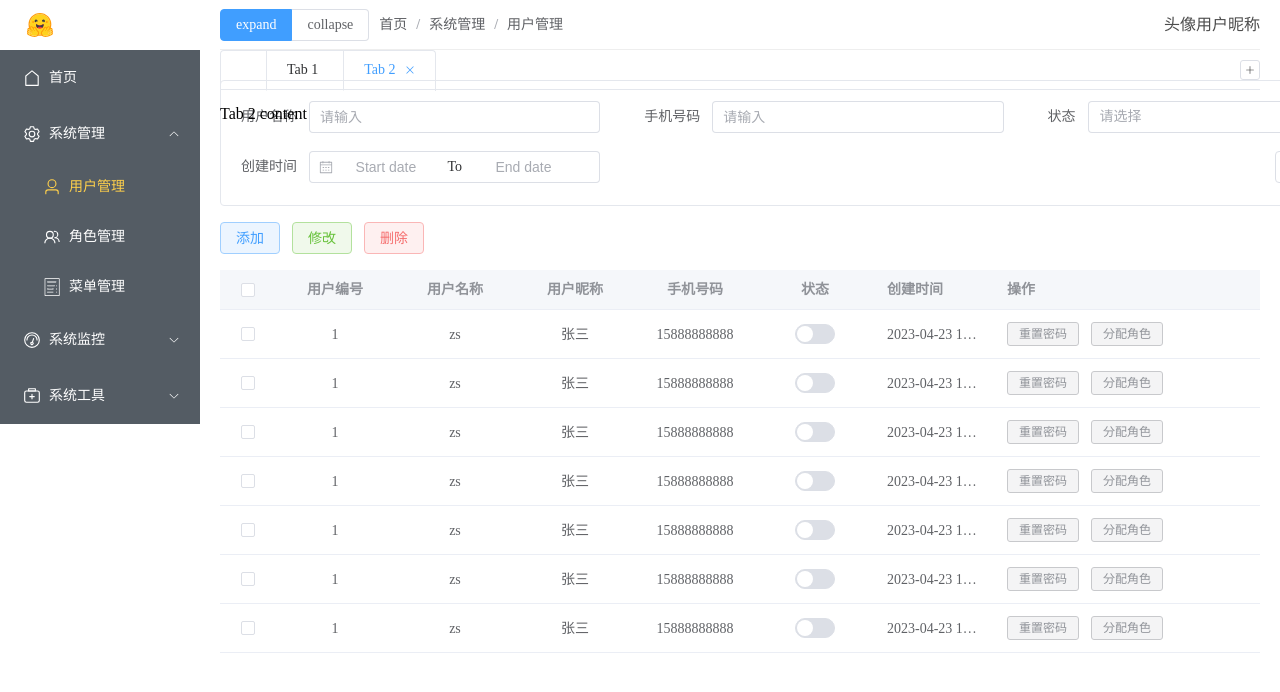
Repository: 202100202078/SignInBox
Page: /admin/system/user
An editor plug-in stored every save of this project. The page is shown before and after the next save, followed by the edit.
The browser window is 1280 px wide. The pictures show the whole page.
The project was rebuilt for these pictures with package versions that can differ from the ones it lists, and the page was loaded fresh each time. Also part of the build but not shown: vite.config.js, src/components/PageFooter.vue, src/components/TableLayout.vue, src/components/ToolTip.vue, src/assets/fonts/iconfont/iconfont.js, src/assets/style/variables.module.scss.

Above is the page before, as saved 2024-01-29 18:34:05.

### src/main.js
import { createApp } from 'vue'
import '@/assets/style/base.scss'
import pinia from '@/stores/index'
import App from './App.vue'
import router from './router'
import ElementPlus from 'element-plus'
import 'element-plus/dist/index.css'
import '@/assets/fonts/iconfont/iconfont.css'
import '@/assets/fonts/iconfont/iconfont.js'
import * as ElementPlusIconsVue from '@element-plus/icons-vue'

const app = createApp(App)
for (const [key, component] of Object.entries(ElementPlusIconsVue)) {
  app.component(key, component)
}
app.use(ElementPlus)
app.use(pinia)
app.use(router)

app.mount('#app')

### src/components/FilterLayout.vue
<script setup>
defineProps({
  label1: String,
  label2: String,
  defaultShow1: {
    type: Boolean,
    default: true
  },
  defaultShow2: {
    type: Boolean,
    default: true
  },
  isShow: Boolean,
  showCollapse: Boolean
})
const emit = defineEmits(['reset', 'query', 'trigger'])
//暴露重置方法和查询方法以及展开
const reset = () => {
  //获取form对象重置数据即可
  //通知父级reset数据
  emit('reset')
}
const query = () => {
  //通知父级进行筛选数据
  emit('query')
}
const trigger = () => {
  //通知父级进行表单的展示/隐藏
  emit('trigger')
}
// defineExpose({
//   reset,
//   query,
//   trigger
// })
</script>

<template>
  <div class="filter-card">
    <el-card shadow="never" :body-style="{ 'padding-bottom': '4px' }">
      <el-form :inline="true">
        <el-form-item :label="label1" v-if="defaultShow1">
          <el-input placeholder="请输入"></el-input>
        </el-form-item>
        <el-form-item :label="label2" v-if="defaultShow2">
          <el-input placeholder="请输入"></el-input>
        </el-form-item>
        <slot></slot>
        <el-form-item class="btns">
          <el-button @click="reset">重置</el-button>
          <el-button type="primary" @click="query">查询</el-button>
          <span class="trigger" @click="trigger" v-if="showCollapse"
            >展开
            <span
              :class="{
                iconfont: true,
                'icon-xiala': !isShow,
                'icon-shouqi': isShow
              }"
            ></span
          ></span>
        </el-form-item>
      </el-form>
    </el-card>
  </div>
</template>

<style lang="scss" scoped>
.filter-card {
  margin-bottom: 16px;
  width: 1240px;
  .el-form {
    display: flex;
    justify-content: space-between;
    align-items: center;
    flex-wrap: wrap;
    .el-form-item {
      width: 30%;
      .el-select {
        width: 100%;
      }
    }
    .btns {
      :deep .el-form-item__content {
        display: flex;
        justify-content: flex-end;
        .trigger {
          margin-left: 12px;
          color: #409eff;
          cursor: pointer;
          transition: all 0.3s;
          &:hover {
            color: #79bbff;
          }
        }
      }
    }
  }
}
</style>

### src/assets/style/base.scss
* {
  margin: 0px;
  padding: 0px;
  box-sizing: border-box;
}

.icon {
  width: 1em;
  height: 1em;
  vertical-align: -0.15em;
  fill: currentColor;
  overflow: hidden;
}

.el-menu {
  border:0!important;
}

ul {
  list-style:none;
}

li {
  list-style-type:none;
}

a {
	text-decoration: none; /* 去除默认的下划线 */
	outline: none;	/* 去除旧版浏览器的点击后的外虚线框 */
	color: #000;	/* 去除默认的颜色和点击后变化的颜色 */
}

// 阿里字体图标设置
.icon, .iconfont {
  font-family:"iconfont" !important;
  font-size:16px;
  font-style:normal;
  -webkit-font-smoothing: antialiased;
  -webkit-text-stroke-width: 0.2px;
  -moz-osx-font-smoothing: grayscale;
}

### src/stores/index.js
//将pinia相关代码整合至此
import { createPinia } from 'pinia'
import persist from 'pinia-plugin-persistedstate'

const pinia = createPinia()
pinia.use(persist)

export default pinia

export * from './modules/user'

### src/assets/fonts/iconfont/iconfont.css
@font-face {
  font-family: "iconfont"; /* Project id 4345534 */
  src: url('iconfont.woff2?t=1703642635456') format('woff2'),
       url('iconfont.woff?t=1703642635456') format('woff'),
       url('iconfont.ttf?t=1703642635456') format('truetype');
}

.iconfont {
  font-family: "iconfont" !important;
  font-size: 16px;
  font-style: normal;
  -webkit-font-smoothing: antialiased;
  -moz-osx-font-smoothing: grayscale;
}

.icon-yunyingbaobiao:before {
  content: "\e620";
}

.icon-jiekou1:before {
  content: "\e694";
}

.icon-jiaoseguanli:before {
  content: "\e618";
}

.icon-dingshirenwu:before {
  content: "\e651";
}

.icon-daimashengcheng:before {
  content: "\e636";
}

.icon-a-Icon-line-hamburger-right1x:before {
  content: "\e84c";
}

.icon-a-Icon-line-hamburger-left1x:before {
  content: "\e84d";
}

.icon-a-shujujiankong2:before {
  content: "\e628";
}

.icon-a-zaixianyonghu2:before {
  content: "\e629";
}

.icon-shouqi:before {
  content: "\e6b8";
}

.icon-xiala:before {
  content: "\e6b9";
}

.icon-gantanhao-quan:before {
  content: "\e70f";
}

.icon-yuandianxiao:before {
  content: "\e757";
}

.icon-duihao:before {
  content: "\eaf1";
}

.icon-fuzhi:before {
  content: "\ec7a";
}

.icon-shuaxin:before {
  content: "\e8b9";
}

.icon-shezhi:before {
  content: "\e642";
}

.icon-midutu:before {
  content: "\e749";
}

.icon-wodedingdan:before {
  content: "\e655";
}

.icon-admin-manage:before {
  content: "\e60e";
}

.icon-xiaolian:before {
  content: "\e8ab";
}

.icon-chongzhi:before {
  content: "\e60b";
}

.icon-jiekou:before {
  content: "\e607";
}

.icon-4_square_solid:before {
  content: "\e64d";
}

.icon-1_square_solid:before {
  content: "\e64e";
}

.icon-5_square_solid:before {
  content: "\e64c";
}

.icon-3_square_solid:before {
  content: "\e64f";
}

.icon-2_square_solid:before {
  content: "\e650";
}

### src/stores/modules/user.js
import { defineStore } from 'pinia'
import { ref } from 'vue'

export const useUserStore = defineStore(
  'interface-user',
  () => {
    //用户标识
    const token = ref('1234')
    const setToken = (t) => {
      token.value = t
    }
    return {
      token,
      setToken
    }
  },
  {
    persist: true,
    key: 'interface-token',
    paths: ['token']
  }
)

### src/views/admin/layout/SystemPage.vue
<script setup>
import variables from '@/assets/style/variables.module.scss'
import { ref } from 'vue'
import { useRouter, useRoute } from 'vue-router'
import { onMounted } from 'vue'
import { useUserStore } from '@/stores/modules/user.js'
const userStore = useUserStore()
const route = useRoute()
const router = useRouter()
const isCollapse = ref(false)

const activeIndex = ref('')
// const activeMenu = ref([])

const handleAvatarCommand = async (command) => {
  //如果是退出登录需要清除本地用户信息
  // console.log('清除本地用户信息')
  if (command === '/login') {
    await ElMessageBox.confirm('你确认退出登录吗？', '温馨提示', {
      type: 'warning',
      confirmButtonText: '确认',
      cancelButtonText: '取消'
    })
    userStore.setToken('')
    // userStore.setUser({})
    // router.push(`/login`)
  } else {
    // router.push(`/user/${command}`)
  }
  router.push(command)
}

// Tab标签相关
let tabIndex = 2
const editableTabsValue = ref('2')
const editableTabs = ref([
  {
    title: 'Tab 1',
    name: '1',
    content: 'Tab 1 content'
  },
  {
    title: 'Tab 2',
    name: '2',
    content: 'Tab 2 content'
  }
])

const handleTabsEdit = (targetName, action) => {
  if (action === 'add') {
    const newTabName = `${++tabIndex}`
    editableTabs.value.push({
      title: 'New Tab',
      name: newTabName,
      content: 'New Tab content'
    })
    editableTabsValue.value = newTabName
  } else if (action === 'remove') {
    const tabs = editableTabs.value
    let activeName = editableTabsValue.value
    if (activeName === targetName) {
      tabs.forEach((tab, index) => {
        if (tab.name === targetName) {
          const nextTab = tabs[index + 1] || tabs[index - 1]
          if (nextTab) {
            activeName = nextTab.name
          }
        }
      })
    }

    editableTabsValue.value = activeName
    editableTabs.value = tabs.filter((tab) => tab.name !== targetName)
  }
}

onMounted(() => {
  // 页面刷新使得侧边栏为当前激活路由
  activeIndex.value = route.path
})
</script>

<template>
  <div class="system-layout">
    <el-container style="height: 100%">
      <el-aside
        width="200px"
        :style="{ width: isCollapse ? '64px' : '200px' }"
        class="el-aside"
      >
        <div
          :style="{
            backgroundColor: variables.menuBackground
          }"
          class="system-layout-aside"
        >
          <div
            class="logo-show"
            :style="{
              'padding-top': isCollapse ? '16px' : '0',
              transition: '1.5s'
            }"
          >
            <a @click="$router.replace('/system')">
              <img src="@/assets/avg/logo.svg" alt="logo" class="logo" />
              <h1
                class="title"
                :style="{
                  opacity: isCollapse ? 0 : 1,
                  transition: '0.5s',
                  color: isCollapse ? '#545c64' : '#fff'
                }"
              >
                API-BOX管理系统
              </h1>
            </a>
          </div>
          <el-menu
            active-text-color="#ffd04b"
            background-color="#545c64"
            class="el-menu-vertical-demo"
            :default-active="activeIndex"
            text-color="#fff"
            @open="handleOpen"
            @close="handleClose"
            :collapse="isCollapse"
            :unique-opened="true"
            router
          >
            <el-menu-item index="/admin/index">
              <el-icon><House /></el-icon>
              <span>首页</span>
            </el-menu-item>
            <el-sub-menu index="2">
              <template #title>
                <el-icon><Setting /></el-icon>
                <span>系统管理</span>
              </template>
              <el-menu-item index="/admin/system/user">
                <el-icon><User /></el-icon>
                <span>用户管理</span>
              </el-menu-item>
              <el-menu-item index="/admin/system/role">
                <svg class="icon" aria-hidden="true">
                  <use xlink:href="#icon-jiaoseguanli"></use>
                </svg>
                <span>角色管理</span>
              </el-menu-item>
              <el-menu-item index="/admin/system/menu">
                <svg class="icon" aria-hidden="true">
                  <use xlink:href="#icon-yunyingbaobiao"></use>
                </svg>
                <span>菜单管理</span>
              </el-menu-item>
            </el-sub-menu>
            <el-sub-menu index="3">
              <template #title>
                <el-icon><Odometer /></el-icon>
                <span>系统监控</span>
              </template>
              <el-menu-item index="3-1">
                <svg class="icon" aria-hidden="true">
                  <use xlink:href="#icon-a-zaixianyonghu2"></use>
                </svg>
                <span>在线用户</span>
              </el-menu-item>
              <el-menu-item index="3-2">
                <svg class="icon" aria-hidden="true">
                  <use xlink:href="#icon-dingshirenwu"></use>
                </svg>
                <span>定时任务</span>
              </el-menu-item>
              <el-menu-item index="3-3">
                <svg class="icon" aria-hidden="true">
                  <use xlink:href="#icon-a-shujujiankong2"></use>
                </svg>
                <span>数据监控</span>
              </el-menu-item>
            </el-sub-menu>
            <el-sub-menu index="4">
              <template #title>
                <el-icon><FirstAidKit /></el-icon>
                <span>系统工具</span>
              </template>
              <el-menu-item index="4-1">
                <svg class="icon" aria-hidden="true">
                  <use xlink:href="#icon-yunyingbaobiao"></use>
                </svg>
                <span>表单构建</span>
              </el-menu-item>
              <!-- <el-menu-item index="4-2">
                <svg class="icon" aria-hidden="true">
                  <use xlink:href="#icon-daimashengcheng"></use>
                </svg>
                <span>代码生成</span>
              </el-menu-item> -->
              <el-menu-item index="4-3">
                <svg class="icon" aria-hidden="true">
                  <use xlink:href="#icon-jiekou1"></use>
                </svg>
                <span>系统接口</span>
              </el-menu-item>
            </el-sub-menu>
          </el-menu>
        </div>
      </el-aside>
      <el-container>
        <el-header>
          <div class="header-top">
            <div class="header-top-left">
              <el-radio-group v-model="isCollapse" class="collapseBtns">
                <el-radio-button :label="false">expand</el-radio-button>
                <el-radio-button :label="true">collapse</el-radio-button>
              </el-radio-group>
              <el-breadcrumb separator="/">
                <el-breadcrumb-item
                  v-for="(item, index) in $route.meta.breadInfo"
                  :key="index"
                  >{{ item }}</el-breadcrumb-item
                >
              </el-breadcrumb>
            </div>
            <div class="header-top-right">
              <el-dropdown @command="handleAvatarCommand">
                <span class="el-dropdown-link">
                  <span>头像</span>
                  <span>用户昵称</span>
                </span>
                <template #dropdown>
                  <el-dropdown-menu>
                    <el-dropdown-item command="/home/user"
                      >个人中心</el-dropdown-item
                    >
                    <el-dropdown-item command="/login"
                      >退出登录</el-dropdown-item
                    >
                  </el-dropdown-menu>
                </template>
              </el-dropdown>
            </div>
          </div>
          <div class="header-bottom">
            <el-tabs
              v-model="editableTabsValue"
              type="card"
              editable
              class="my-tabs"
              @edit="handleTabsEdit"
            >
              <el-tab-pane> 首页 </el-tab-pane>
              <el-tab-pane
                v-for="item in editableTabs"
                :key="item.name"
                :label="item.title"
                :name="item.name"
              >
                {{ item.content }}
              </el-tab-pane>
            </el-tabs>
          </div>
        </el-header>
        <el-main>
          <router-view></router-view>
        </el-main>
      </el-container>
    </el-container>
  </div>
</template>

<style lang="scss" scoped>
.system-layout {
  height: 100vh;
  .el-aside {
    transition: all 0.5s;
  }
  .system-layout-aside {
    height: 100%;
    .logo-show {
      height: 50px;
      text-align: center;
      cursor: pointer;
      .logo {
        margin-right: 4px;
        width: 28px;
        vertical-align: middle;
      }
      .title {
        display: inline-block;
        font-size: 14px;
        line-height: 50px;
        font-weight: 600;
        vertical-align: middle;
        color: #fff;
      }
    }
  }

  .header-top {
    height: 50px;
    display: flex;
    justify-content: space-between;
    align-items: center;
    border-bottom: 1px solid #eee;
    .header-top-left {
      display: flex;
      align-items: center;
      .collapseBtns {
        margin-right: 10px;
      }
    }
    .header-top-right {
      margin-left: 6px;
      display: flex;
      align-items: center;
      font-size: 16px;
      border-radius: 6px;
      height: 56px;
      line-height: 56px;
      &:hover {
        background-color: rgba(0, 0, 0, 0.1);
        color: rgba(0, 0, 0, 1);
        transition: color 0.3s;
      }
      .el-dropdown {
        :deep(:focus-visible) {
          outline: none;
        }
        .el-dropdown-link {
          cursor: pointer;
          color: rgba(0, 0, 0, 0.7);
          font-size: 16px;
          display: flex;
          align-items: center;
        }
      }
    }
  }
}
.icon {
  vertical-align: middle;
  margin-right: 5px;
  width: 24px;
  text-align: center;
  font-size: 18px;
  color: #fff;
}
</style>

### src/views/admin/system/UserManagement.vue
<script setup>
import MyDialog from './components/MyDialog.vue'
import { ref } from 'vue'

//筛选表单的显示隐藏
const isShow = ref(true)
// const params = ref({})
// 一个响应式对象存储整个筛选表单的数据(默认显示的两个item需要父子双向绑定)

const datePicker = ref('')

const status = ref('')
const statusOptions = [
  {
    value: 'Option1',
    label: '正常'
  },
  {
    value: 'Option2',
    label: '停用'
  }
]

const handleReset = () => {
  console.log('reset')
}
const handleQuery = () => {
  console.log('query')
}
const handleTrigger = () => {
  // console.log('trigger')
  isShow.value = !isShow.value
}

const tableData = [
  {
    userId: 1,
    uname: 'zs',
    nickName: '张三',
    phone: '15888888888',
    state: false,
    createDate: '2023-04-23 16:11:38'
  },
  {
    userId: 1,
    uname: 'zs',
    nickName: '张三',
    phone: '15888888888',
    state: false,
    createDate: '2023-04-23 16:11:38'
  },
  {
    userId: 1,
    uname: 'zs',
    nickName: '张三',
    phone: '15888888888',
    state: false,
    createDate: '2023-04-23 16:11:38'
  },
  {
    userId: 1,
    uname: 'zs',
    nickName: '张三',
    phone: '15888888888',
    state: false,
    createDate: '2023-04-23 16:11:38'
  },
  {
    userId: 1,
    uname: 'zs',
    nickName: '张三',
    phone: '15888888888',
    state: false,
    createDate: '2023-04-23 16:11:38'
  },
  {
    userId: 1,
    uname: 'zs',
    nickName: '张三',
    phone: '15888888888',
    state: false,
    createDate: '2023-04-23 16:11:38'
  },
  {
    userId: 1,
    uname: 'zs',
    nickName: '张三',
    phone: '15888888888',
    state: false,
    createDate: '2023-04-23 16:11:38'
  }
]

const multipleTableRef = ref()
const multipleSelection = ref([])

const handleSelectionChange = (val) => {
  multipleSelection.value = val
}

const myDialogRef = ref()
const title = ref('添加用户')

const addUserFn = () => {
  title.value = '添加用户'
  myDialogRef.value.open()
}
const editUserFn = () => {
  title.value = '修改用户'
  myDialogRef.value.open()
}
const delUserFn = () => {
  title.value = '系统提示'
  myDialogRef.value.open()
}

const form = ref({
  nickName: '',
  phone: '',
  email: '',
  uname: '',
  password: false,
  role: '',
  gender: '',
  status: '',
  desc: ''
})

const rules = {}
</script>

<template>
  <MyDialog :title="title" ref="myDialogRef">
    <template #form>
      <el-form
        :model="form"
        label-width="80px"
        label-position="left"
        :rules="rules"
      >
        <el-form-item label="用户昵称">
          <el-input v-model="form.nickName" />
        </el-form-item>
        <el-form-item label="手机号码">
          <el-input v-model="form.phone" />
        </el-form-item>
        <el-form-item label="邮箱">
          <el-input v-model="form.email" />
        </el-form-item>
        <el-form-item label="用户名称">
          <el-input v-model="form.uname" />
        </el-form-item>
        <el-form-item label="用户密码">
          <el-input v-model="form.password" type="password" />
        </el-form-item>
        <el-form-item label="用户性别">
          <el-select v-model="form.gender" placeholder="请选择性别">
            <el-option label="男" value="1" />
            <el-option label="女" value="2" />
            <el-option label="未知" value="3" />
          </el-select>
        </el-form-item>
        <el-form-item label="角色">
          <el-select v-model="form.role" placeholder="请选择角色">
            <el-option label="普通角色" value="normal" />
          </el-select>
        </el-form-item>
        <el-form-item label="状态">
          <el-radio-group v-model="form.status">
            <el-radio label="正常" />
            <el-radio label="停用" />
          </el-radio-group>
        </el-form-item>
        <el-form-item label="备注">
          <el-input
            v-model="form.desc"
            type="textarea"
            placeholder="请输入内容"
          />
        </el-form-item>
      </el-form>
    </template>
  </MyDialog>
  <!-- <button @click="test">按钮</button> -->
  <div class="user-managemant-page">
    <FilterLayout
      label1="用户名称"
      label2="手机号码"
      :isShow="isShow"
      :showCollapse="false"
      @reset="handleReset"
      @query="handleQuery"
      @trigger="handleTrigger"
    >
      <el-form-item label="状态" v-show="isShow">
        <el-select v-model="status" placeholder="请选择">
          <el-option
            v-for="item in statusOptions"
            :key="item.value"
            :label="item.label"
            :value="item.value"
          />
        </el-select>
      </el-form-item>
      <el-form-item label="创建时间" v-show="isShow">
        <el-date-picker
          v-model="datePicker"
          type="daterange"
          range-separator="To"
          start-placeholder="Start date"
          end-placeholder="End date"
          value-format="YYYY-MM-DD HH:mm:ss"
        />
      </el-form-item>
    </FilterLayout>
    <div class="user-managemant-page-btns">
      <el-button plain type="primary" @click="addUserFn">添加</el-button>
      <el-button plain type="success" @click="editUserFn">修改</el-button>
      <el-button plain type="danger" @click="delUserFn">删除</el-button>
    </div>
    <el-table
      :ref="multipleTableRef"
      :data="tableData"
      style="width: 100%"
      @selection-change="handleSelectionChange"
      :header-cell-style="{
        background: '#F5F7FA',
        color: '#909399'
      }"
    >
      <el-table-column align="center" type="selection" width="55" />
      <el-table-column
        align="center"
        property="userId"
        label="用户编号"
        width="120"
      />
      <el-table-column
        align="center"
        property="uname"
        label="用户名称"
        width="120"
      />
      <el-table-column
        align="center"
        property="nickName"
        label="用户昵称"
        width="120"
      />
      <el-table-column
        align="center"
        property="phone"
        label="手机号码"
        width="120"
      />
      <el-table-column align="center" label="状态" width="120">
        <template #default="scope">
          <el-switch v-model="scope.row.state" />
        </template>
      </el-table-column>
      <el-table-column
        property="createDate"
        label="创建时间"
        width="120"
        show-overflow-tooltip
      />
      <el-table-column label="操作" show-overflow-tooltip>
        <template #default="scope">
          <el-button size="small" type="info" plain>重置密码</el-button>
          <el-button size="small" type="info" plain>分配角色</el-button>
        </template>
      </el-table-column>
    </el-table>
  </div>
</template>

<style lang="scss" scoped>
.user-managemant-page {
  .el-form-item {
    width: 30%;
    .el-select {
      width: 100%;
    }
  }
  .user-managemant-page-btns {
    margin-bottom: 16px;
  }
}
</style>

### src/views/admin/system/components/MyDialog.vue
<script setup>
import { ref } from 'vue'
const dialogFormVisible = ref(false)

const props = defineProps({
  title: String
})

const open = () => {
  dialogFormVisible.value = true
}

const confirm = () => {
  dialogFormVisible.value = false
  console.log(props.title)
  if (props.title === '添加菜单') {
    emit('onAddConfirm')
  } else if (props.title === '编辑菜单') {
    emit('onEditConfirm')
  } else if (props.title === '添加子菜单') {
    emit('onAddChildConfirm')
  }
}

const emit = defineEmits(['onConfirm'])

defineExpose({
  open
})
</script>

<template>
  <el-dialog v-model="dialogFormVisible" :title="title" align-center>
    <slot name="form">
      <div>我是内部表单</div>
    </slot>
    <template #footer>
      <span class="dialog-footer">
        <el-button @click="dialogFormVisible = false">Cancel</el-button>
        <el-button type="primary" @click="confirm"> Confirm </el-button>
      </span>
    </template>
  </el-dialog>
</template>

Loaded but not shown: index.html (common file); src/App.vue (common file); src/router/index.js (128 lines, source omitted)

After the next save:
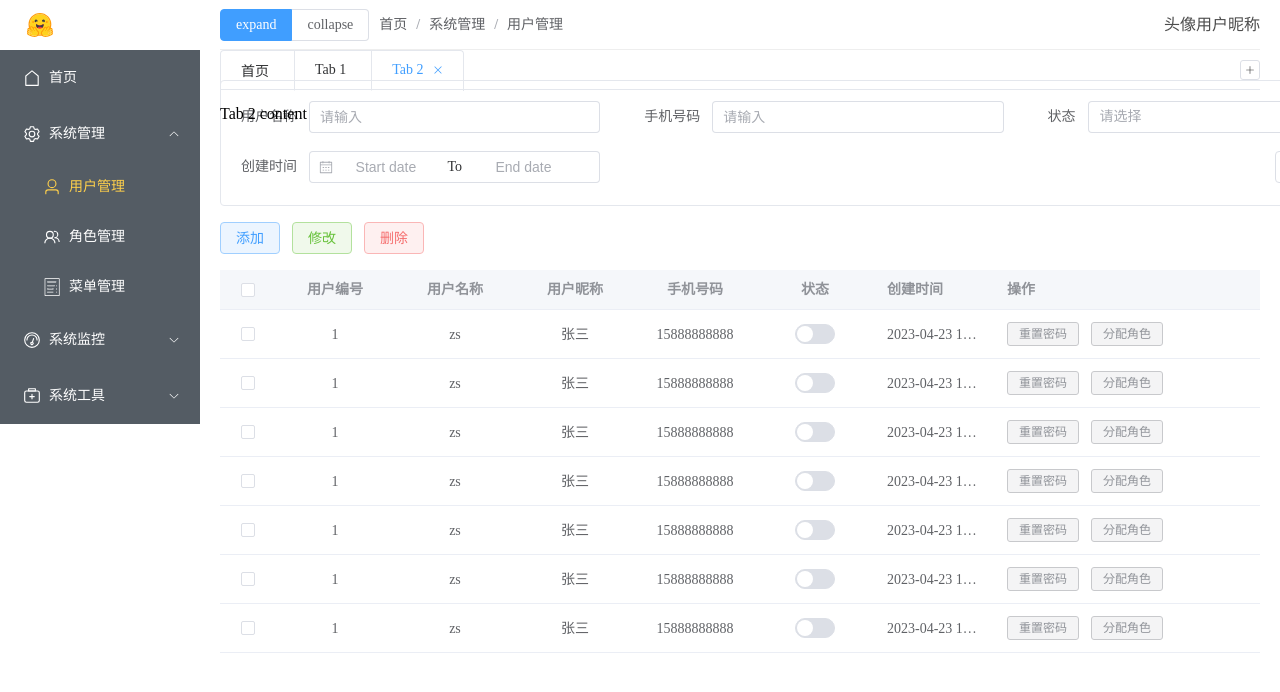
Saved 46 s later.
--- a/src/views/admin/layout/SystemPage.vue
+++ b/src/views/admin/layout/SystemPage.vue
@@ -247,7 +247,7 @@ onMounted(() => {
               class="my-tabs"
               @edit="handleTabsEdit"
             >
-              <el-tab-pane> 首页 </el-tab-pane>
+              <el-tab-pane label="首页"></el-tab-pane>
               <el-tab-pane
                 v-for="item in editableTabs"
                 :key="item.name"
